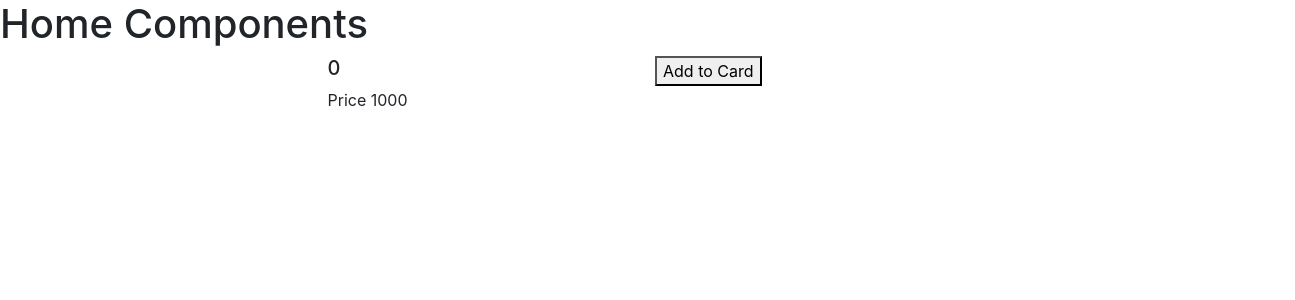
Repository: lalji-yadav/Redux-add-and-remove-item-in-cart-and-HOC-Example-
Page: /
These files come from the project's save history. The page is drawn as it stood at one moment and after the next save; the edit follows.
The browser window is 1280 px wide. The page is 1295 px wide, so the pictures cover 1295 px, including what lies to the right of the window. The pictures show the whole page.
The project was rebuilt for these pictures with package versions that can differ from the ones it lists, and the page was loaded fresh each time.

Above is the page before, as saved 2021-01-15 17:27:41.

### src/index.js
import React from 'react';
import ReactDOM from 'react-dom';
import './index.css';
import App from './App';
import reportWebVitals from './reportWebVitals';
import 'bootstrap/dist/css/bootstrap.min.css';

//
import { createStore } from "redux";
import { Provider } from "react-redux";
import rootReducer from "./Services/Reducers/index";
const store=createStore(rootReducer)
// console.warn('Store data', store);
//

ReactDOM.render(
  // <React.StrictMode>
  //   <App />
  // </React.StrictMode>,
  <Provider store={store}>
    <App />
  </Provider>,
  document.getElementById('root')
);

// If you want to start measuring performance in your app, pass a function
// to log results (for example: reportWebVitals(console.log))
// or send to an analytics endpoint. Learn more: https://bit.ly/CRA-vitals
reportWebVitals();

### src/App.js
// import logo from './logo.svg';
// import './App.css';
// import Clickbuttoncount from "./HOC/clickbuttoncount";
// import Hoverclickcount from "./HOC/hoverclickcount";

// import Home from "./components/home";
import Homecontainer from "./containers/homeContainer";
import HeaderContainer from "./containers/headerContainer";

function App() {
  return (
    <div>

      {/* <Clickbuttoncount /> <br /> <br />

      <Hoverclickcount /> */}

      {/* <Home /> */}
      <HeaderContainer />
      <Homecontainer />

    </div>
  );
}

export default App;

### src/Services/Reducers/index.js
import { combineReducers } from "redux";
import cardItems from "./reducer";

 export default combineReducers({
    cardItems
})

### src/containers/homeContainer.js
import {connect} from 'react-redux'

import Home from "../components/home";
import { addToCart } from "../Services/Action/action";



const mapStateToProps=(state)=>({
       data:state.cardItems
})
const mapDispatchToProps=dispatch=>({
    addToCartHandler:data=>dispatch(addToCart(data))
})

export default connect(mapStateToProps,mapDispatchToProps)(Home)

//export default Home;

### src/containers/headerContainer.js
import {connect} from 'react-redux'
import Header from '../components/header';

// import { addToCart } from "../Services/Action/action";



const mapStateToProps=(state)=>({
       data:state.cardItems
})
const mapDispatchToProps=dispatch=>({
    //addToCartHandler:data=>dispatch(addToCart(data))
})

export default connect(mapStateToProps,mapDispatchToProps)(Header)

//export default Home;

### src/Services/Reducers/reducer.js
import {ADD_TO_CART} from "../constants";

const initialState ={
    cardData: []
}
export default function CardItem(state= [], action) {
    switch(action.type) {
        case ADD_TO_CART:
        console.log('reducer',action)
        return [
            ...state,
            {cardData: action.data}
        ]
        default:
            return state
    }

}

// import { ADD_TO_CART } from '../constants'
// const initialState = {
//     cardData: []
// }
// export default function cardItems(state = [], action) {
//     switch (action.type) {
//         case ADD_TO_CART:
//             // console.warn("reducer",action)
//             return [
//                 ...state,
//                 {cardData: action.data}
//             ]
//         default:
//             return state
//     }


// }

### src/components/home.js
import React from 'react';

function Home(props) {

      console.warn('Props',props.data)

        return (
            <div className={{margin:"2%", border:"1px solid red"}}>

                <h1> Home Components  </h1>

                <div className="row">
                    <div className="col-sm-3">

                    </div>

                    <div className="col-sm-3">

                        <h5> {props.data.length} </h5>

                        <p>Price 1000</p>

                    </div>

                    <div className="col-sm-3">

                        <button onClick={()=>
                            props.addToCartHandler({price:1000,  name:'Anubhav kumar Yadav'})} > Add to Card </button>

                    </div>

                    <div className="col-sm-3">

                    </div>

                </div>



            </div>
        );
    }


export default Home;

### src/Services/Action/action.js
import {ADD_TO_CART} from "../constants";

export const addToCart=(data)=> {

    console.warn('action', data);
    return {
        type:ADD_TO_CART,
        data:data
    }
}

// export const removeToCart=(data)=> {
//     return {
//         type:'REMOVE_TO_CART',
//         data:data
//     }
// }

### src/components/header.js
import React from 'react';

const Header=()=> {

        return (
            <div>

            </div>
        );
    }

export default Header;

### src/Services/constants.js
export const ADD_TO_CART="ADD_TO_CART"

Loaded but not shown: public/index.html (common file); src/index.css (common file); src/reportWebVitals.js (common file)

After the next save:
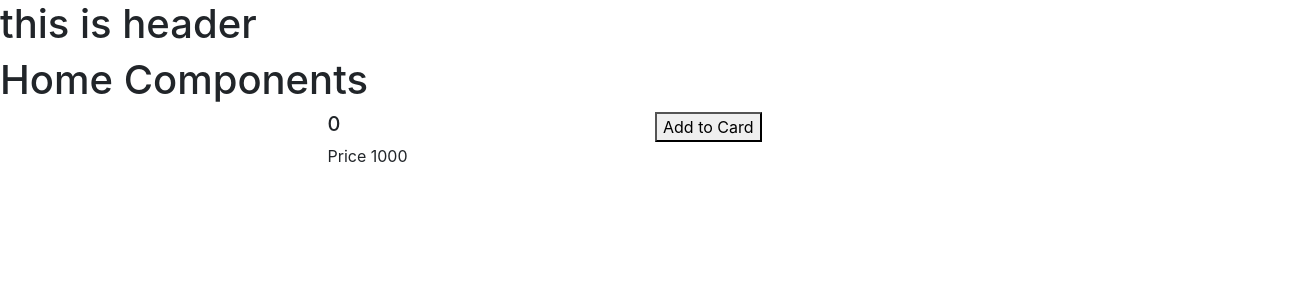
Saved 55 s later.
--- a/src/components/header.js
+++ b/src/components/header.js
@@ -4,7 +4,7 @@ const Header=()=> {
 
         return (
             <div>
-
+                <h1> this is header  </h1>
             </div>
         );
     }
